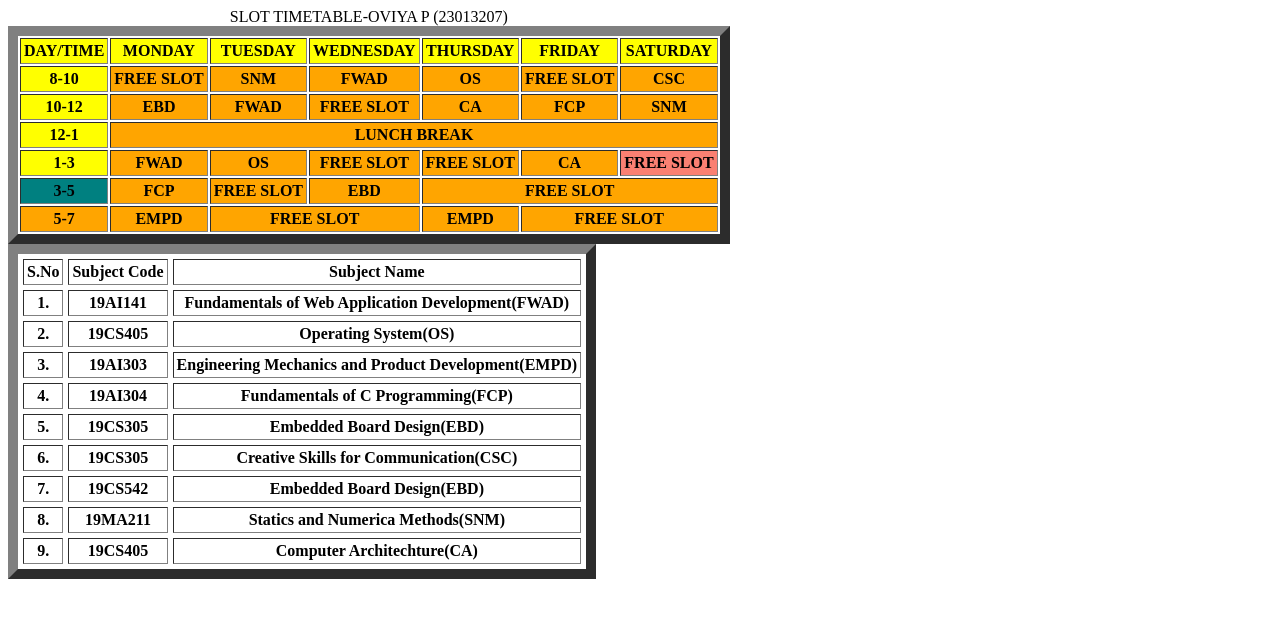
Repository: Oviya24032K6/slot
Page: oviya/static/time.html
An editor plug-in stored every save of this project. The page is shown before and after the next save, followed by the edit.
The browser window is 1280 px wide. The pictures show the whole page.

Above is the page before, as saved 2024-03-15 20:39:49.

After the next save:
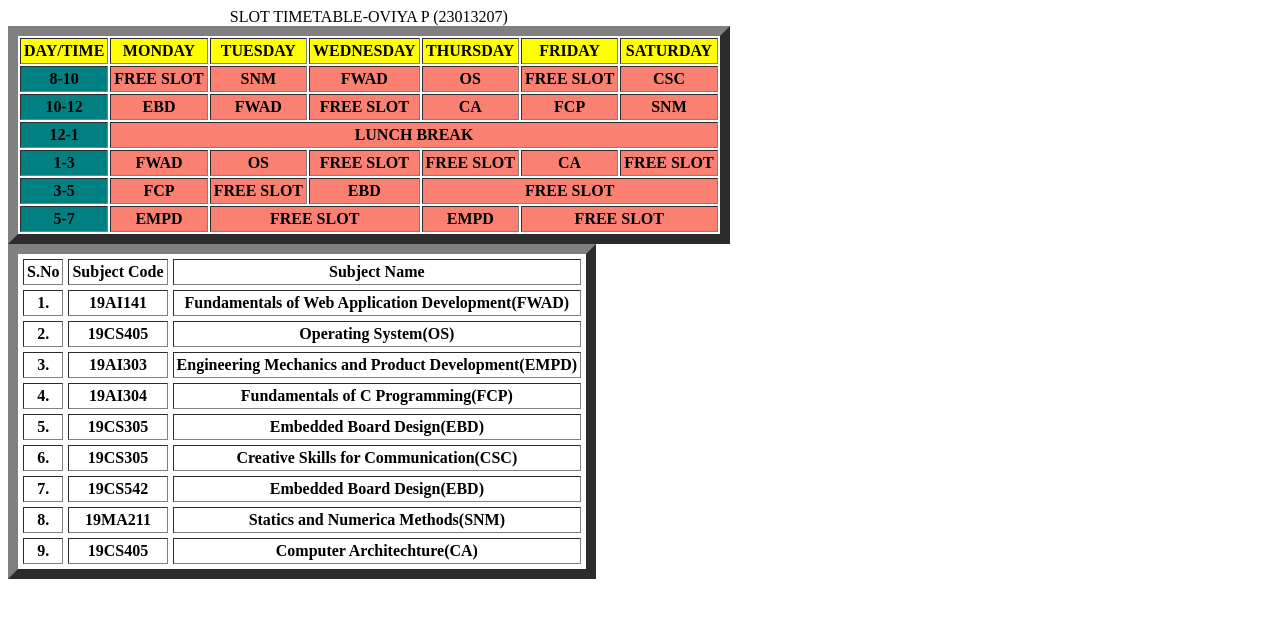
Saved 2 min 38 s later.
--- a/oviya/static/time.html
+++ b/oviya/static/time.html
@@ -15,49 +15,49 @@
             <th bgcolor="yellow">SATURDAY</th>
         </tr>
         <tr>
-            <th bgcolor="yellow">8-10</th>
-            <th bgcolor="orange">FREE SLOT</th>
-            <th bgcolor="orange">SNM</th>
-            <th bgcolor="orange">FWAD</th>
-            <th bgcolor="orange">OS</th>
-            <th bgcolor="orange">FREE SLOT</th>
-            <th bgcolor="orange">CSC</th>
+            <th bgcolor="teal">8-10</th>
+            <th bgcolor="salmon">FREE SLOT</th>
+            <th bgcolor="salmon">SNM</th>
+            <th bgcolor="salmon">FWAD</th>
+            <th bgcolor="salmon">OS</th>
+            <th bgcolor="salmon">FREE SLOT</th>
+            <th bgcolor="salmon">CSC</th>
         </tr>
         <tr>
-            <th bgcolor="yellow">10-12</th>
-            <th bgcolor="orange">EBD</th>
-            <th bgcolor="orange">FWAD</th>
-            <th bgcolor="orange">FREE SLOT</th>
-            <th bgcolor="orange">CA</th>
-            <th bgcolor="orange">FCP</th>
-            <th bgcolor="orange">SNM</th>
+            <th bgcolor="teal">10-12</th>
+            <th bgcolor="salmon">EBD</th>
+            <th bgcolor="salmon">FWAD</th>
+            <th bgcolor="salmon">FREE SLOT</th>
+            <th bgcolor="salmon">CA</th>
+            <th bgcolor="salmon">FCP</th>
+            <th bgcolor="salmon">SNM</th>
         </tr>
         <tr>
-            <th bgcolor="yellow">12-1</th>
-            <th bgcolor="orange" colspan="6">LUNCH BREAK</th>
+            <th bgcolor="teal">12-1</th>
+            <th bgcolor="salmon" colspan="6">LUNCH BREAK</th>
         </tr>
         <tr>
-            <th bgcolor="yellow">1-3</th>
-            <th bgcolor="orange">FWAD</th>
-            <th bgcolor="orange">OS</th>
-            <th bgcolor="orange">FREE SLOT</th>
-            <th bgcolor="orange">FREE SLOT</th>
-            <th bgcolor="orange">CA</th>
+            <th bgcolor="teal">1-3</th>
+            <th bgcolor="salmon">FWAD</th>
+            <th bgcolor="salmon">OS</th>
+            <th bgcolor="salmon">FREE SLOT</th>
+            <th bgcolor="salmon">FREE SLOT</th>
+            <th bgcolor="salmon">CA</th>
             <th bgcolor="salmon">FREE SLOT</th>
         </tr>
         <tr>
             <th bgcolor="teal">3-5</th>
-            <th bgcolor="orange">FCP</th>
-            <th bgcolor="orange">FREE SLOT</th>
-            <th bgcolor="orange">EBD</th>
-            <th bgcolor="orange" colspan="4">FREE SLOT</th>
+            <th bgcolor="salmon">FCP</th>
+            <th bgcolor="salmon">FREE SLOT</th>
+            <th bgcolor="salmon">EBD</th>
+            <th bgcolor="salmon" colspan="4">FREE SLOT</th>
         </tr>
         <tr>
-            <th bgcolor="orange">5-7</th>
-            <th bgcolor="orange" >EMPD</th>
-            <th bgcolor="orange" colspan="2">FREE SLOT</th>
-            <th bgcolor="orange" >EMPD</th>
-            <th bgcolor="orange" colspan="2">FREE SLOT</th>
+            <th bgcolor="teal">5-7</th>
+            <th bgcolor="salmon" >EMPD</th>
+            <th bgcolor="salmon" colspan="2">FREE SLOT</th>
+            <th bgcolor="salmon" >EMPD</th>
+            <th bgcolor="salmon" colspan="2">FREE SLOT</th>
 
         </tr>
 
